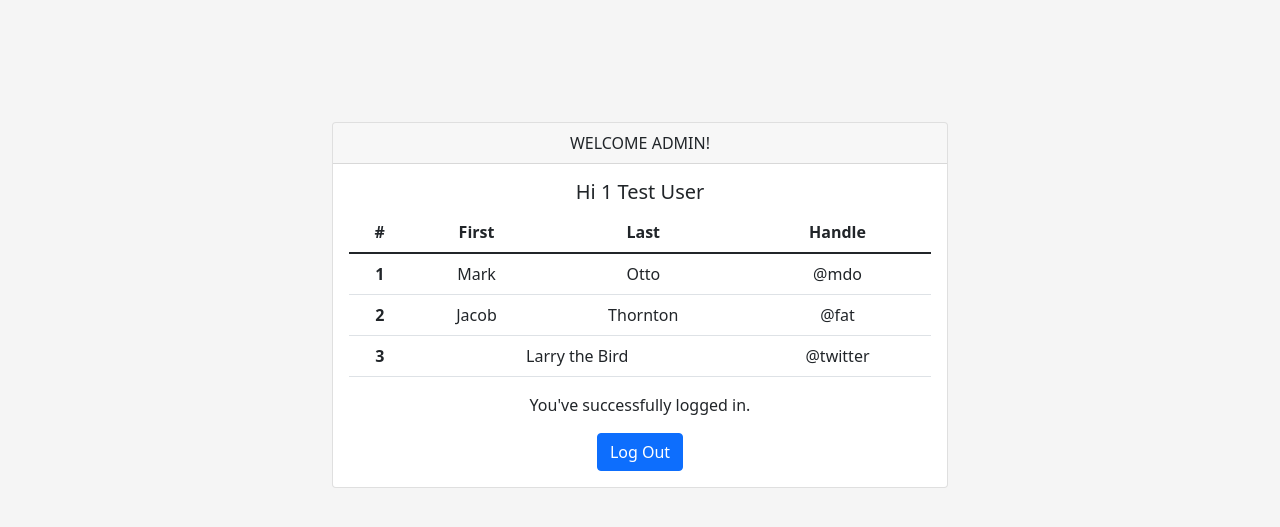
Repository: rabin-bhandari/LOGIN-SIGNUP
Page: http://localhost/welcome.php
The author's editor kept a copy of each file at every save. The page is drawn from the files as they stood at one save, then again after the next save.
The browser window is 1280 px wide. The pictures show the whole page.
The page is run by PHP 8.4 with error messages shown; the project is at /var/www/html/. The session is filled in as if someone had signed in: {"email": "test@example.com", "first_name": "Test User", "last_name": "Test User", "id": 1, "admin": 1}.

Above is the page before, as saved 2022-03-27 20:10:24.

After the next save:
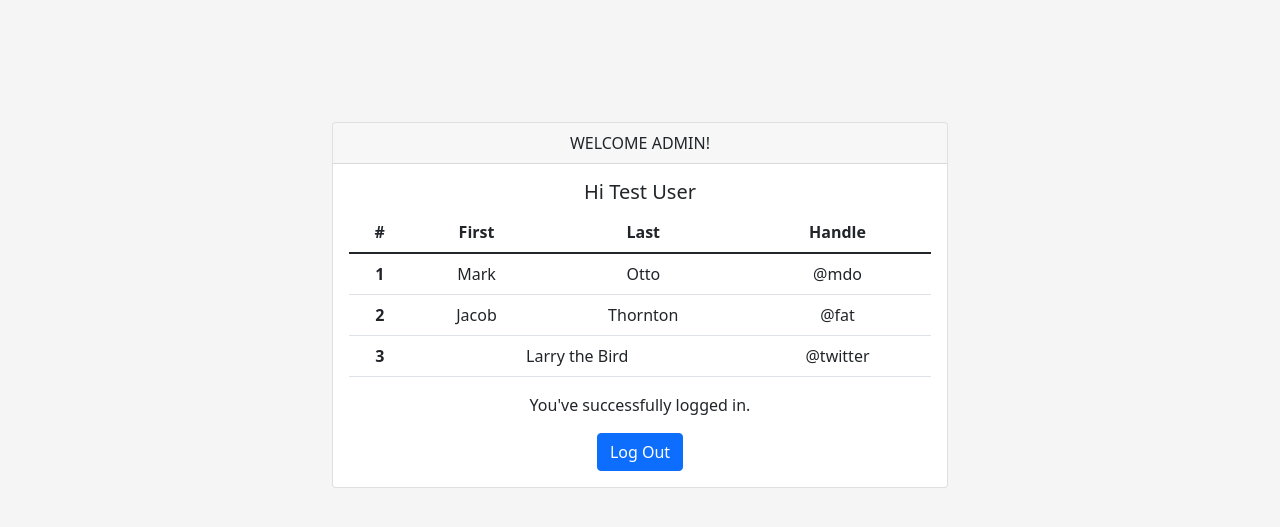
Saved 13 s later.
--- a/welcome.php
+++ b/welcome.php
@@ -29,9 +29,7 @@ if (isset($_SESSION['id']) && isset($_SESSION['email'])) {
             WELCOME ADMIN!
           </div>
           <div class="card-body">
-            <h5 class="card-title">Hi <?php
-                                      echo $_SESSION['admin'];
-                                      ?> <?php echo $_SESSION['first_name']; ?></h5>
+            <h5 class="card-title">Hi <?php echo $_SESSION['first_name']; ?></h5>
             <table class="table table-hover">
               <thead CLASS=>
                 <tr>
